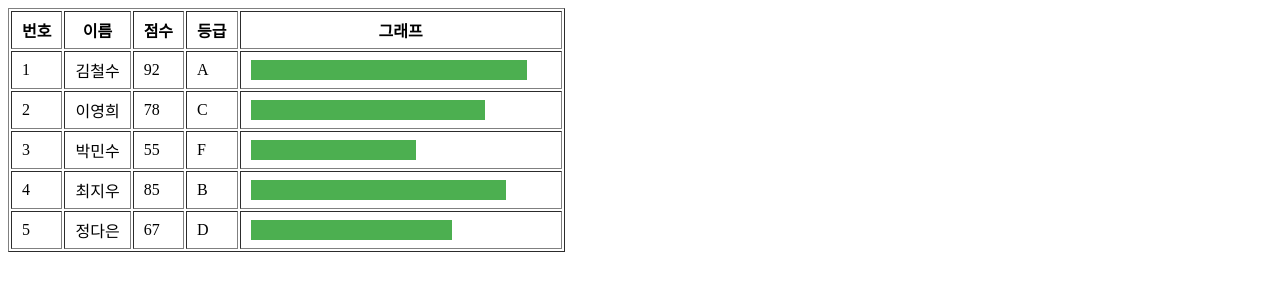
Repository: kkj68106810-dot/jsp2026
Page: http://localhost/chapter01/example_score.jsp
An editor plug-in stored every save of this project. The page is shown before and after the next save, followed by the edit.
The browser window is 1280 px wide. The pictures show the whole page.
The page is served by Tomcat 9.

Above is the page before, as saved 2026-10-16 05:19:59.

### chapter01/src/main/webapp/example_score.jsp
<%@ page language="java" contentType="text/html; charset=UTF-8"
    pageEncoding="UTF-8" import="java.util.*" %>
<!DOCTYPE html>
<html>
<head>
<meta charset="UTF-8">
<title>Insert title here</title>
<style>
	th, td {
		padding: 6px 10px;
	}
	/* 그래프 영역(td)과 막대(div) 스타일 지정 */
	td.score {
		width: 300px;
		text-align: left;
	}
	td.score div {
		height: 20px;               /* 높이가 있어야 화면에 보임 */
		background-color: #4CAF50;  /* 막대 색상 지정 */
	}
</style>

</head>
<body>
	<%!
		String[] names= {"김철수", "이영희", "박민수", "최지우", "정다은"};
		int[] scores = {92, 78, 55, 85, 67};

		private String getGrade(int score) {
			String resultGrade = "F";
			System.out.println(score);
			for(int i = 0; i < scores.length; i++) {
				if(score >= 90) {
					resultGrade = "A";
				} else if (score >= 80) {
					resultGrade = "B";
				} else if (score >= 70) {
					resultGrade = "C";
				} else if (score >= 60) {
					resultGrade = "D";
				}
			}
			return resultGrade;
		}
	%>
	<table border="1">
		<tr>
			<th>번호</th>
			<th>이름</th>
			<th>점수</th>
			<th>등급</th>
			<th>그래프</th>
		</tr>
		<% for(int j = 0 ; j < names.length; j++) { %>
		<tr>

			<td><%=j+1%></td>
			<td><%=names[j]%></td>
			<td><%=scores[j]%></td>
			<td><%=getGrade(scores[j])%></td>
			<td class="score <%=getGrade(scores[j])%>">
				<div style="width: <%= scores[j] * 3 %>px;"></div>
			</td>

		</tr>
		<% } %>

	</table>
</body>
</html>

After the next save:
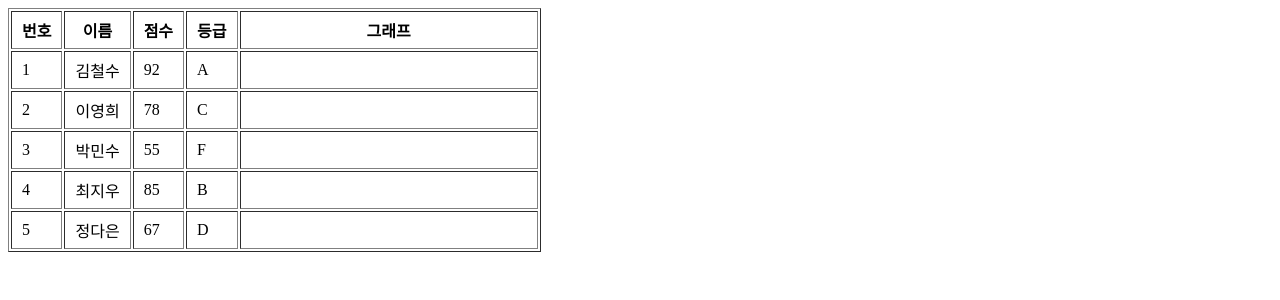
Saved 18 s later.
--- a/chapter01/src/main/webapp/example_score.jsp
+++ b/chapter01/src/main/webapp/example_score.jsp
@@ -58,8 +58,8 @@
 			<td><%=names[j]%></td>
 			<td><%=scores[j]%></td>
 			<td><%=getGrade(scores[j])%></td>
-			<td class="score <%=getGrade(scores[j])%>">
-				<div style="width: <%= scores[j] * 3 %>px;"></div>
+			<td >
+				<div style="width: <%= scores[j] * 3 %>px;" class="score <%=getGrade(scores[j])%>"></div>
 			</td>
 
 		</tr>

After the 4 saves that followed:
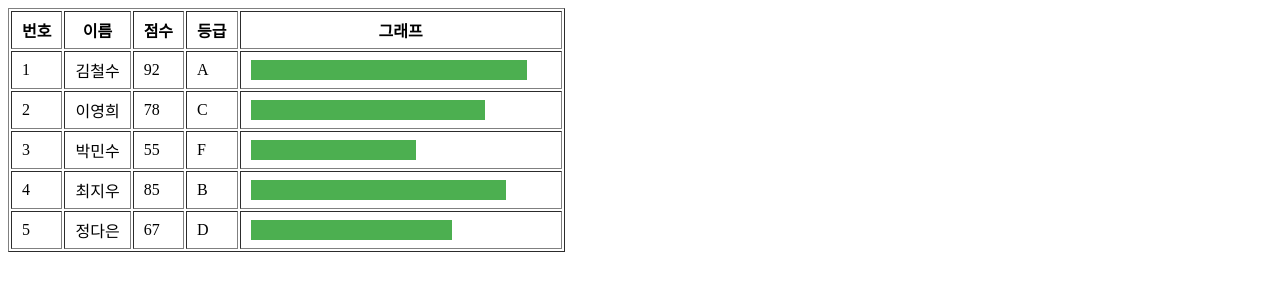
The 4 saves are shown as one change because 3 left the picture as it was.
The last was saved 87 s later.
--- a/chapter01/src/main/webapp/example_score.jsp
+++ b/chapter01/src/main/webapp/example_score.jsp
@@ -9,14 +9,18 @@
 	th, td {
 		padding: 6px 10px;
 	}
-	/* 그래프 영역(td)과 막대(div) 스타일 지정 */
+
 	td.score {
 		width: 300px;
 		text-align: left;
 	}
 	td.score div {
-		height: 20px;               /* 높이가 있어야 화면에 보임 */
-		background-color: #4CAF50;  /* 막대 색상 지정 */
+		height: 20px;
+		background-color: #4CAF50;
+	}
+	td.score.F {
+		height: 20px;
+		background-color: #ffcccc;
 	}
 </style>
 
@@ -58,8 +62,8 @@
 			<td><%=names[j]%></td>
 			<td><%=scores[j]%></td>
 			<td><%=getGrade(scores[j])%></td>
-			<td >
-				<div style="width: <%= scores[j] * 3 %>px;" class="score <%=getGrade(scores[j])%>"></div>
+			<td class="score" >
+				<div style="width: <%= scores[j] * 3 %>px;" class="<%=getGrade(scores[j])%>"></div>
 			</td>
 
 		</tr>
